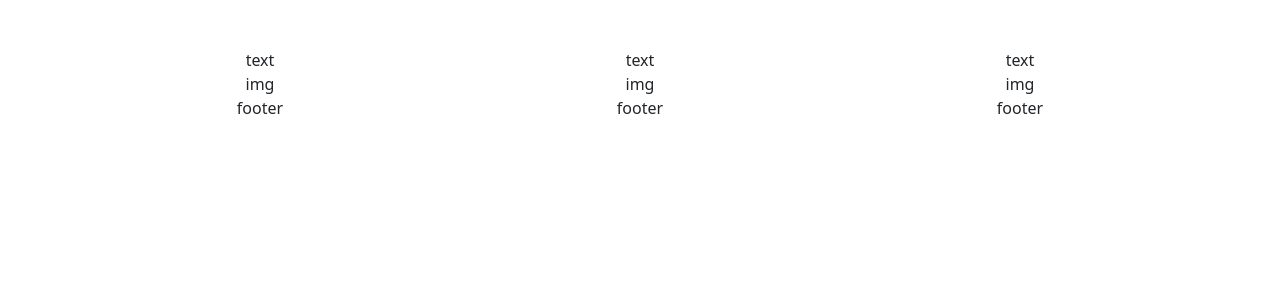
Repository: jorgi710/Prueba-Bootstrap
Page: /
The author's editor kept a copy of each file at every save. The page is drawn from the files as they stood at one save, then again after the next save.
The browser window is 1280 px wide. The pictures show the whole page.
The project was rebuilt for these pictures with package versions that can differ from the ones it lists, and the page was loaded fresh each time. Also part of the build but not shown: src/App.css.

Above is the page before, as saved 2021-03-30 10:22:40.

After the next save:
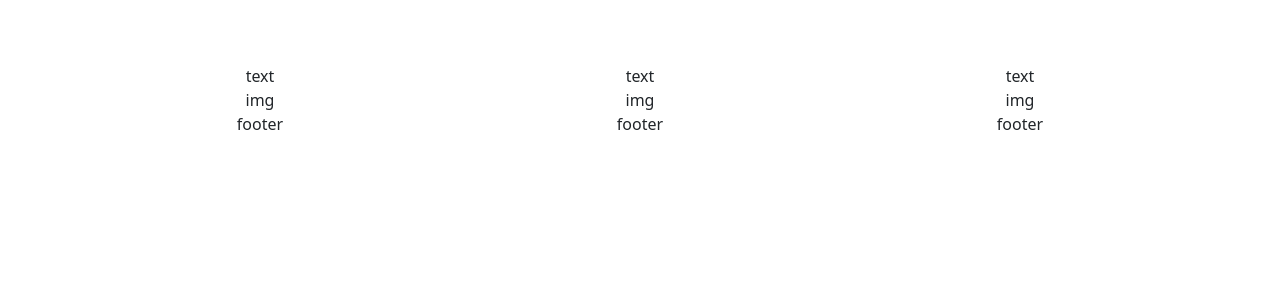
Saved 57 s later.
--- a/src/components/Header.jsx
+++ b/src/components/Header.jsx
@@ -1,10 +1,11 @@
 import React from 'react'
 
-const Header = () => {
+const Header = ({title}) => {
     return (
         <>
             <div className="bg-primary">
-
+                <h3>{title}</h3>
+                <p></p>
             </div>
             <div>text</div>
             <div>img</div>
